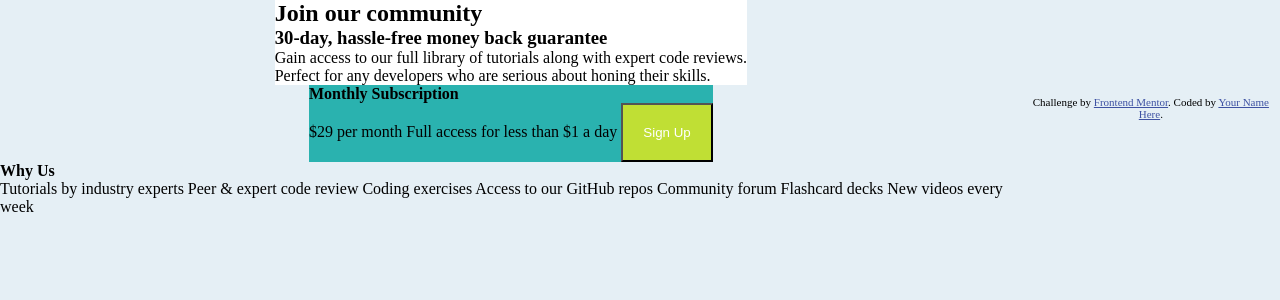
Repository: jminervino/PriceGridComponent
Page: index.html
These files come from the project's save history. The page is drawn as it stood at one moment and after the next save; the edit follows.
The browser window is 1280 px wide. The pictures show the whole page.

Above is the page before, as saved 2022-02-05 22:56:25.

### index.html
<!DOCTYPE html>
<html lang="en">
<head>
  <meta charset="UTF-8">
  <meta name="viewport" content="width=device-width, initial-scale=1.0"> <!-- displays site properly based on user's device -->

  <link rel="icon" type="image/png" sizes="32x32" href="./images/favicon-32x32.png">
  <link rel="stylesheet" href="style.css">

  <title>Frontend Mentor | Single Price Grid Component</title>

  <!-- Feel free to remove these styles or customise in your own stylesheet 👍 -->
  <style>
    .attribution { font-size: 11px; text-align: center; }
    .attribution a { color: hsl(228, 45%, 44%); }
  </style>
</head>
<body>
    <div class="container">
        <div class="box-one">
            <h2>Join our community</h2>

            <h3>30-day, hassle-free money back guarantee</h3>

            <p>
                Gain access to our full library of tutorials along with expert code reviews. <br>
                Perfect for any developers who are serious about honing their skills.
            </p>
        </div>
        <div class="box-second">
            <h4>Monthly Subscription</h4>

            &dollar;29 per month

            Full access for less than &dollar;1 a day

            <button>Sign Up</button>
        </div>
        <div class="box-three">
            <h4>Why Us</h4>
            <p>
                Tutorials by industry experts
                Peer &amp; expert code review
                Coding exercises
                Access to our GitHub repos
                Community forum
                Flashcard decks
                New videos every week
            </p>

        </div>
    </div>
  <footer>
    <p class="attribution">
      Challenge by <a href="https://www.frontendmentor.io?ref=challenge" target="_blank">Frontend Mentor</a>.
      Coded by <a href="#">Your Name Here</a>.
    </p>
  </footer>
</body>
</html>

### style.css
* {
    margin: 0;
    padding: 0;
}

body {
    background-color: hsl(204, 43%, 93%);
    display: flex;
    align-items: center;
    justify-content: center;
}

button {
    background-color: hsl(71, 73%, 54%);
    color: white;
    padding: 20px;
}

.container {
    display: flex;
    align-items: center;
    justify-content: center;
    flex-direction: column;
}

.box-one {
    background-color: white;
}

.box-second {
    background-color: hsl(179, 62%, 43%);
}

.box-three {

}

After the next save:
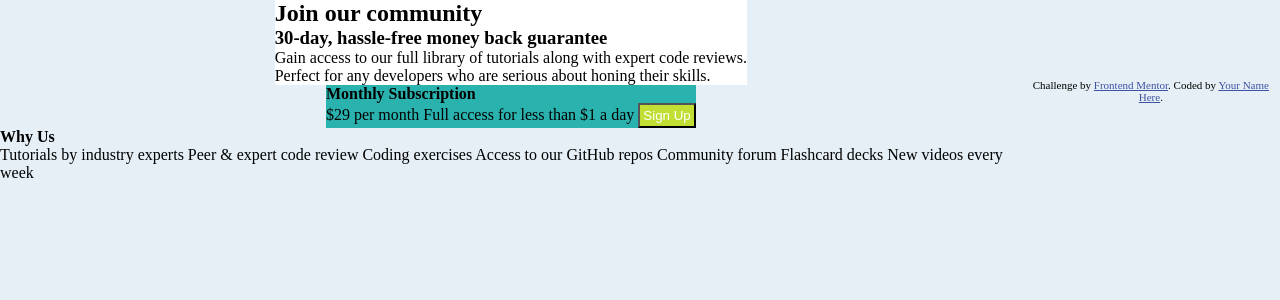
Saved 7 s later.
--- a/style.css
+++ b/style.css
@@ -13,7 +13,7 @@ body {
 button {
     background-color: hsl(71, 73%, 54%);
     color: white;
-    padding: 20px;
+    padding: 3px;
 }
 
 .container {
